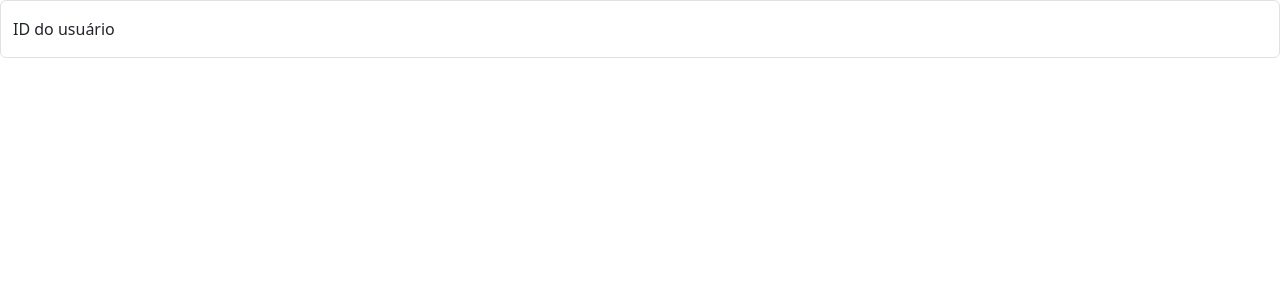
Repository: mateusilva8/tarefa-pix
Page: frontend/index.html
The author's editor kept a copy of each file at every save. The page is drawn from the files as they stood at one save, then again after the next save.
The browser window is 1280 px wide. The pictures show the whole page.

Above is the page before, as saved 2023-10-21 19:05:17.

### frontend/index.html
<!DOCTYPE html>
<html lang="pt-BR">
<head>
  <meta charset="UTF-8">
  <meta name="viewport" content="width=device-width, initial-scale=1.0">
  <title>CRIE_TI PIX</title>
  <link href="https://cdn.jsdelivr.net/npm/bootstrap@5.3.2/dist/css/bootstrap.min.css" rel="stylesheet" integrity="sha384-T3c6CoIi6uLrA9TneNEoa7RxnatzjcDSCmG1MXxSR1GAsXEV/Dwwykc2MPK8M2HN" crossorigin="anonymous">
  <link rel="stylesheet" href="./css/index.css">
</head>
<body>
  <div class="form-floating">
    <input class="form-control" placeholder="ID do Usuário" id="floatingTextarea"></input>
    <label for="floatingTextarea">ID do usuário</label>
  </div>

  <script src="https://cdn.jsdelivr.net/npm/bootstrap@5.3.2/dist/js/bootstrap.bundle.min.js" integrity="sha384-C6RzsynM9kWDrMNeT87bh95OGNyZPhcTNXj1NW7RuBCsyN/o0jlpcV8Qyq46cDfL" crossorigin="anonymous"></script>
</body>
</html>

Loaded but not shown: frontend/css/index.css (no stored copy; drawn as an empty file)

After the next save:
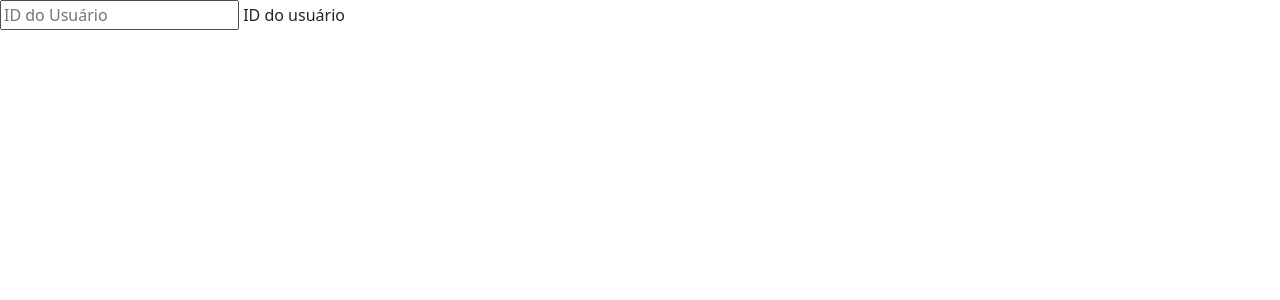
Saved 2 min 26 s later.
--- a/frontend/index.html
+++ b/frontend/index.html
@@ -8,9 +8,9 @@
   <link rel="stylesheet" href="./css/index.css">
 </head>
 <body>
-  <div class="form-floating">
-    <input class="form-control" placeholder="ID do Usuário" id="floatingTextarea"></input>
-    <label for="floatingTextarea">ID do usuário</label>
+  <div class="formulario">
+    <input class="idInput" placeholder="ID do Usuário" id="id"></input>
+    <label for="id">ID do usuário</label>
   </div>
 
   <script src="https://cdn.jsdelivr.net/npm/bootstrap@5.3.2/dist/js/bootstrap.bundle.min.js" integrity="sha384-C6RzsynM9kWDrMNeT87bh95OGNyZPhcTNXj1NW7RuBCsyN/o0jlpcV8Qyq46cDfL" crossorigin="anonymous"></script>
